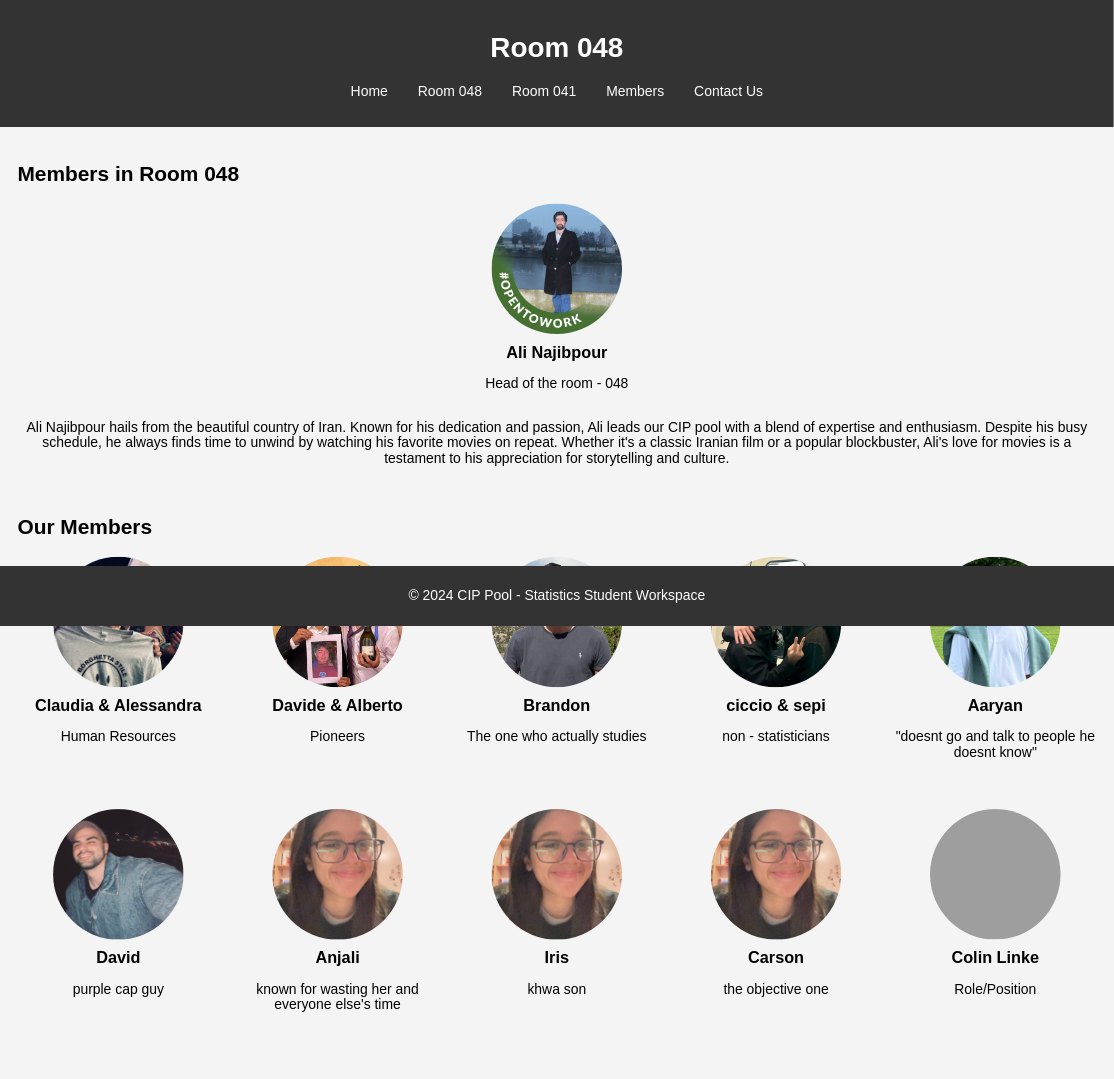
Repository: anjalisarawgi/cip_website
Page: room_048.html
The author's editor kept a copy of each file at every save. The page is drawn from the files as they stood at one save, then again after the next save.
The browser window is 1280 px wide. The pictures show the whole page, at 87% of full size.
Pictures or frames that could not be fetched are drawn as grey boxes.

Above is the page before, as saved 2024-06-14 14:14:16.

### room_048.html
<!DOCTYPE html>
<html lang="en">
<head>
    <meta charset="UTF-8">
    <meta name="viewport" content="width=device-width, initial-scale=1.0">
    <title>Room 048 - CIP Pool</title>
    <link rel="stylesheet" href="styles.css">
</head>
<body>
    <header>
        <h1>Room 048</h1>
        <nav>
            <ul>
                <li><a href="index.html">Home</a></li>
                <li><a href="room_048.html">Room 048</a></li>
                <li><a href="room_041.html">Room 041</a></li>
                <li><a href="members.html">Members</a></li>
                <li><a href="contact.html">Contact Us</a></li>
            </ul>
        </nav>
    </header>
    <main>
        <section>
            <h2>Members in Room 048</h2>
            <div class="members-grid">
                <div class="member">
                    <img src="images/ali.jpeg" alt="Ali Najibpour" class="member-photo">
                    <div class="member-info">
                        <h3>Ali Najibpour</h3>
                        <p>Head of the room - 048</p>
                        <p>Ali Najibpour hails from the beautiful country of Iran. Known for his dedication and passion, Ali leads our CIP pool with a blend of expertise and enthusiasm. Despite his busy schedule, he always finds time to unwind by watching his favorite movies on repeat. Whether it's a classic Iranian film or a popular blockbuster, Ali's love for movies is a testament to his appreciation for storytelling and culture.</p>
                    </div>
                </div>
            </div>
        </section>
        <section>
            <h2>Our Members</h2>
            <div class="members-grid">
                <div class="member">
                    <img src="images/claudia_alessandra.jpeg" alt="Claudia & Alessandra" class="member-photo">
                    <div class="member-info">
                        <h3>Claudia & Alessandra</h3>
                        <p>Human Resources</p>
                    </div>
                </div>
                <div class="member">
                    <img src="images/davide_alberto.jpeg" alt="Davide & Alberto" class="member-photo">
                    <div class="member-info">
                        <h3>Davide & Alberto</h3>
                        <p>Pioneers</p>
                    </div>
                </div>
                <div class="member">
                    <img src="images/brandon.jpeg" alt="Brandon" class="member-photo">
                    <div class="member-info">
                        <h3>Brandon</h3>
                        <p>The one who actually studies</p>
                    </div>
                </div>
                <div class="member">
                    <img src="images/francesco_giuseppe.jpeg" alt="Francesco & Giuseppe" class="member-photo">
                    <div class="member-info">
                        <h3>ciccio & sepi</h3>
                        <!-- <p><em>ciccio & sepi</em></p> -->
                        <p>non - statisticians </p>
                    </div>
                </div>
                <div class="member">
                    <img src="images/aaryan.jpg" alt="aaryan" class="member-photo">
                    <div class="member-info">
                        <h3>Aaryan</h3>
                        <p>"doesnt go and talk to people he doesnt know"</p>
                    </div>
                </div>
                <div class="member">
                    <img src="images/david.jpg" alt="david" class="member-photo">
                    <div class="member-info">
                        <h3>David</h3>
                        <p>purple cap guy</p>
                    </div>
                </div>
                <div class="member">
                    <img src="images/anjali.jpeg" alt="anjali" class="member-photo">
                    <div class="member-info">
                        <h3>Anjali</h3>
                        <p>known for wasting her and everyone else's time</p>
                    </div>
                </div>
                <div class="member">
                    <img src="images/anjali.jpeg" alt="anjali" class="member-photo">
                    <div class="member-info">
                        <h3>Iris</h3>
                        <p>khwa son</p>
                    </div>
                </div>
                <div class="member">
                    <img src="images/anjali.jpeg" alt="anjali" class="member-photo">
                    <div class="member-info">
                        <h3>Carson</h3>
                        <p>the objective one</p>
                    </div>
                </div>
                <div class="member">
                    <img src="images/member5.jpeg" alt="Member 5" class="member-photo">
                    <div class="member-info">
                        <h3>Colin Linke</h3>
                        <p>Role/Position</p>
                    </div>
                </div>
            </div>
        </section>
    </main>
    <footer>
        <p>&copy; 2024 CIP Pool - Statistics Student Workspace</p>
    </footer>
</body>
</html>

### styles.css
body {
    font-family: Arial, sans-serif;
    margin: 0;
    padding: 0;
    background-color: #f4f4f4;
}

header {
    background-color: #333;
    color: white;
    padding: 1em 0;
    text-align: center;
}

nav ul {
    list-style-type: none;
    padding: 0;
}

nav ul li {
    display: inline;
    margin: 0 15px;
}

nav ul li a {
    color: white;
    text-decoration: none;
}

main {
    padding: 20px;
}

footer {
    background-color: #333;
    color: white;
    text-align: center;
    padding: 10px 0;
    position: fixed;
    bottom: 0;
    width: 100%;
}

section {
    margin-bottom: 20px;
}

.member {
    display: flex;
    align-items: center;
    margin-bottom: 20px;
}

.member-photo {
    border-radius: 50%;
    width: 150px;
    height: 150px;
    object-fit: cover;
    margin-bottom: 10px;
}


.member-info {
    display: flex;
    flex-direction: column;
}

.member-info h3 {
    margin: 0;
}

.members-grid {
    display: grid;
    grid-template-columns: repeat(auto-fit, minmax(200px, 1fr));
    gap: 20px;
}

.members-grid .member {
    flex-direction: column;
    align-items: center;
    text-align: center;
}

.members-grid .member-photo {
    width: 150px;
    height: 150px;
    margin-bottom: 10px;
}

.members-grid .member-info {
    align-items: center;
}

After the next save:
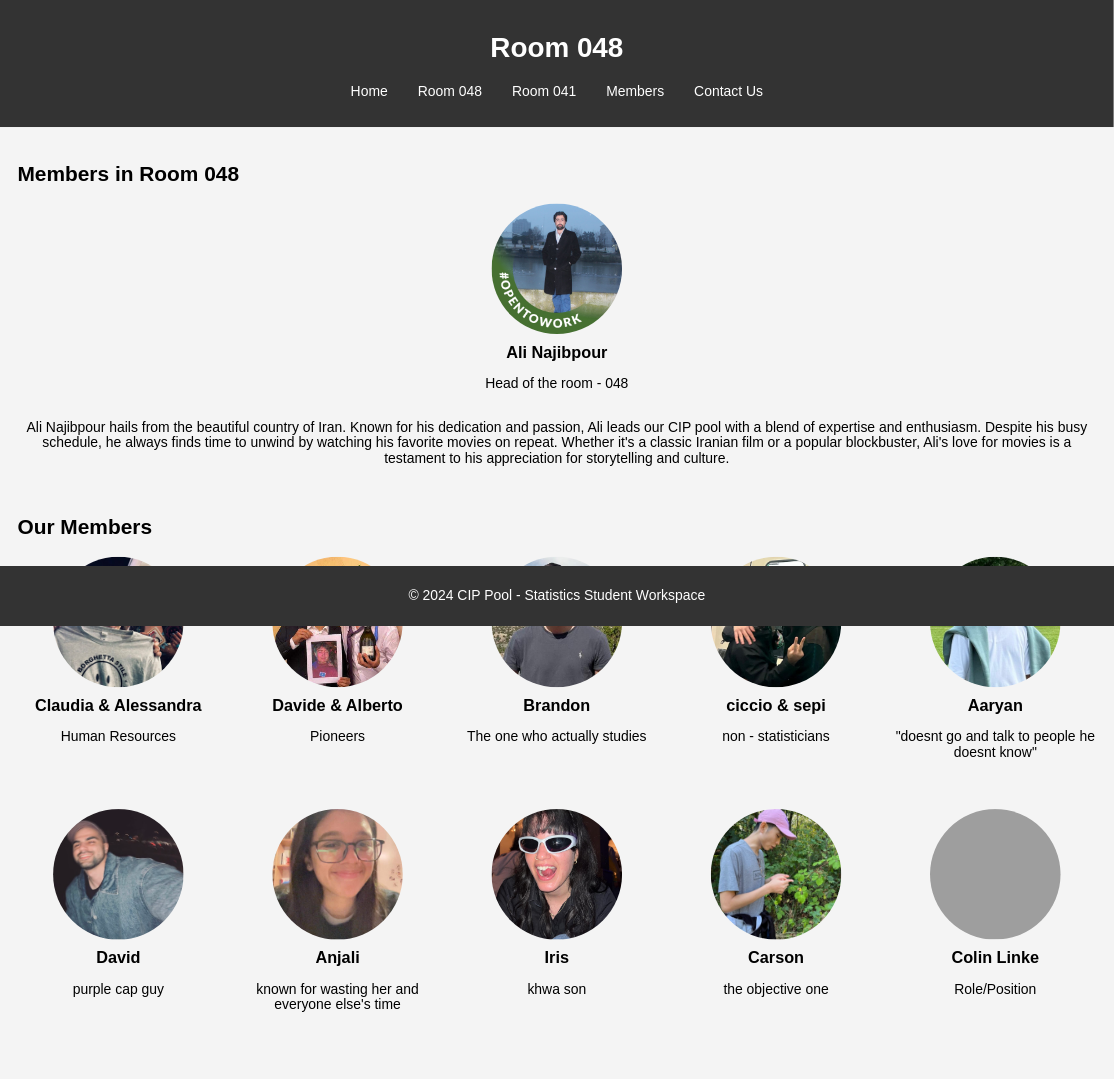
Saved 42 s later.
--- a/room_048.html
+++ b/room_048.html
@@ -87,14 +87,14 @@
                     </div>
                 </div>
                 <div class="member">
-                    <img src="images/anjali.jpeg" alt="anjali" class="member-photo">
+                    <img src="images/iris.jpeg" alt="iris" class="member-photo">
                     <div class="member-info">
                         <h3>Iris</h3>
                         <p>khwa son</p>
                     </div>
                 </div>
                 <div class="member">
-                    <img src="images/anjali.jpeg" alt="anjali" class="member-photo">
+                    <img src="images/carson.jpg" alt="carson" class="member-photo">
                     <div class="member-info">
                         <h3>Carson</h3>
                         <p>the objective one</p>
